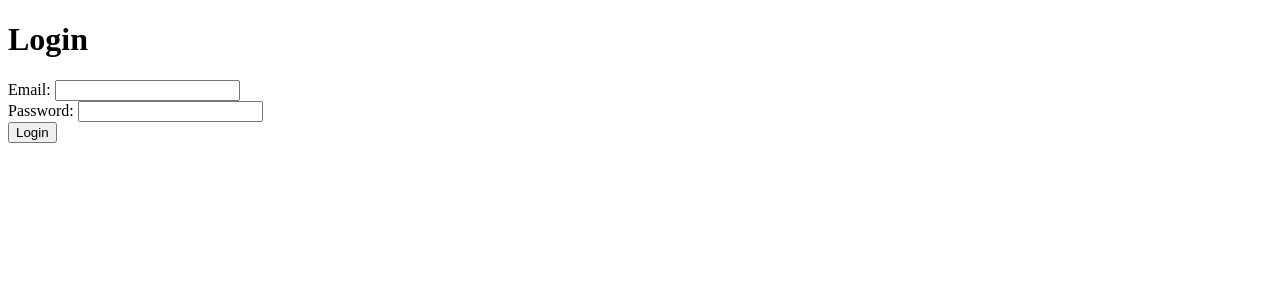
Repository: daffa-alif/team-kobar
Page: http://localhost/login
An editor plug-in stored every save of this project. The page is shown before and after the next save, followed by the edit.
The browser window is 1280 px wide. The pictures show the whole page.
The page is served by the project's Laravel application, run on PHP 8.4 with Laravel 12.

Above is the page before, as saved 2024-11-04 20:01:22.

After the next save:
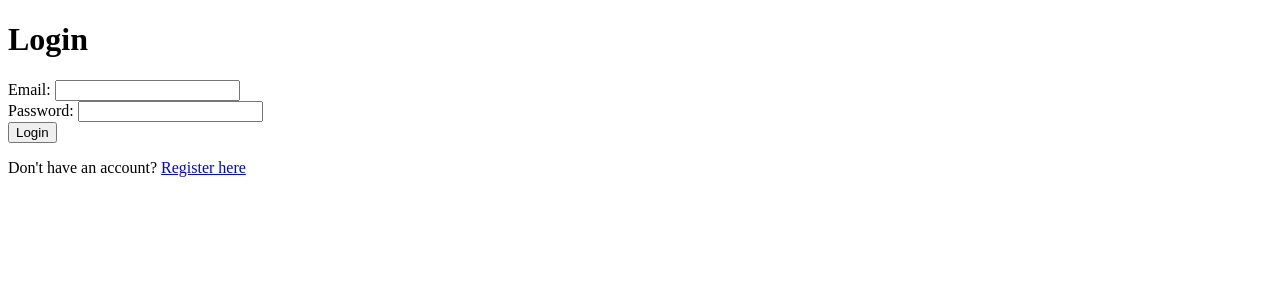
Saved 111 s later.
--- a/resources/views/Auth/login.blade.php
+++ b/resources/views/Auth/login.blade.php
@@ -17,5 +17,6 @@
         </div>
         <button type="submit">Login</button>
     </form>
+    <p>Don't have an account? <a href="{{ route('register') }}">Register here</a></p>
 </body>
 </html>
